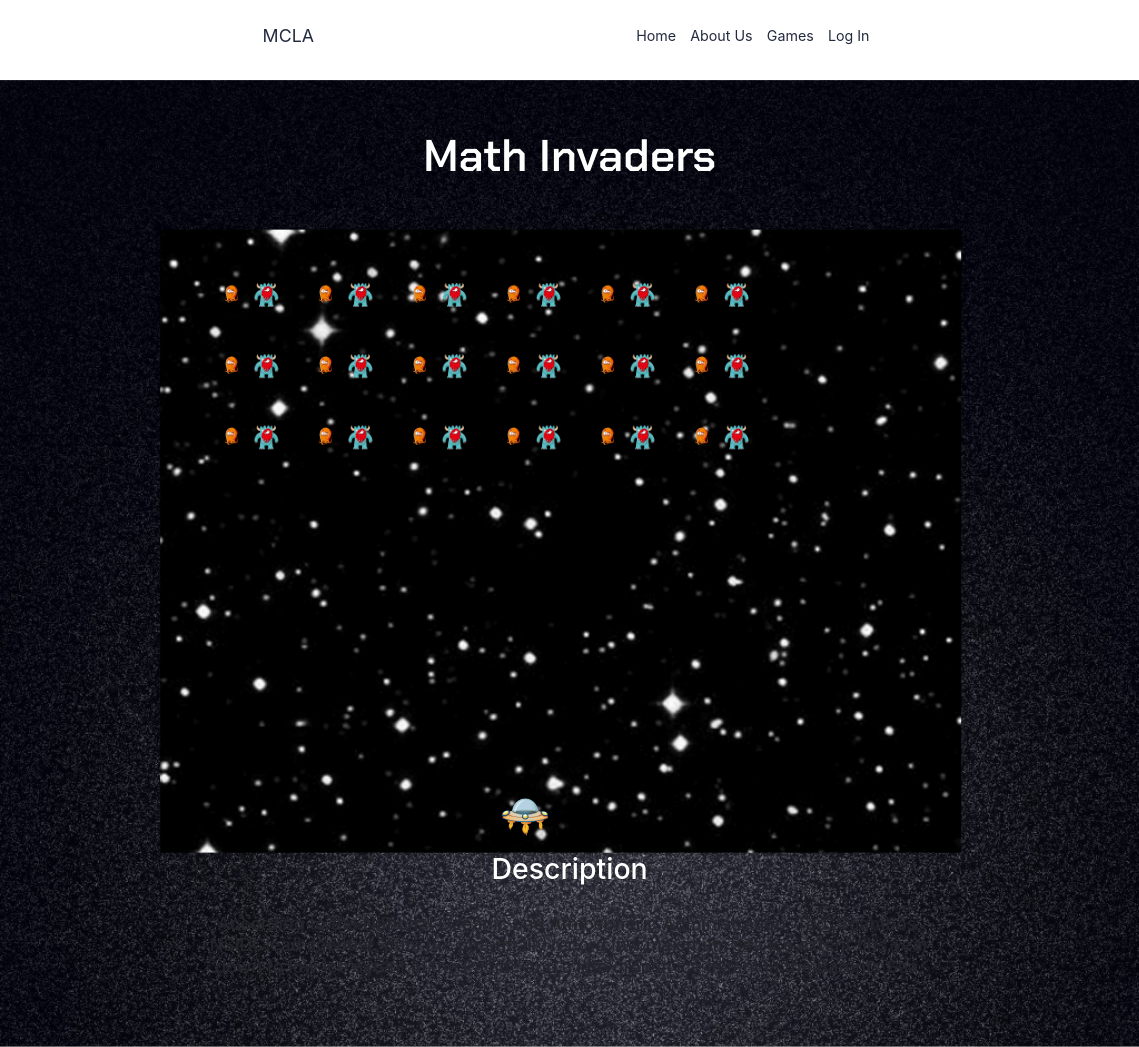
Repository: kkyler24/MathInvader
Page: index.html
An editor plug-in stored every save of this project. The page is shown before and after the next save, followed by the edit.
The browser window is 1280 px wide. The pictures show the whole page, at 89% of full size.
Some web libraries are served in a nearby version.

Above is the page before, as saved 2020-07-20 18:20:12.

After the next save:
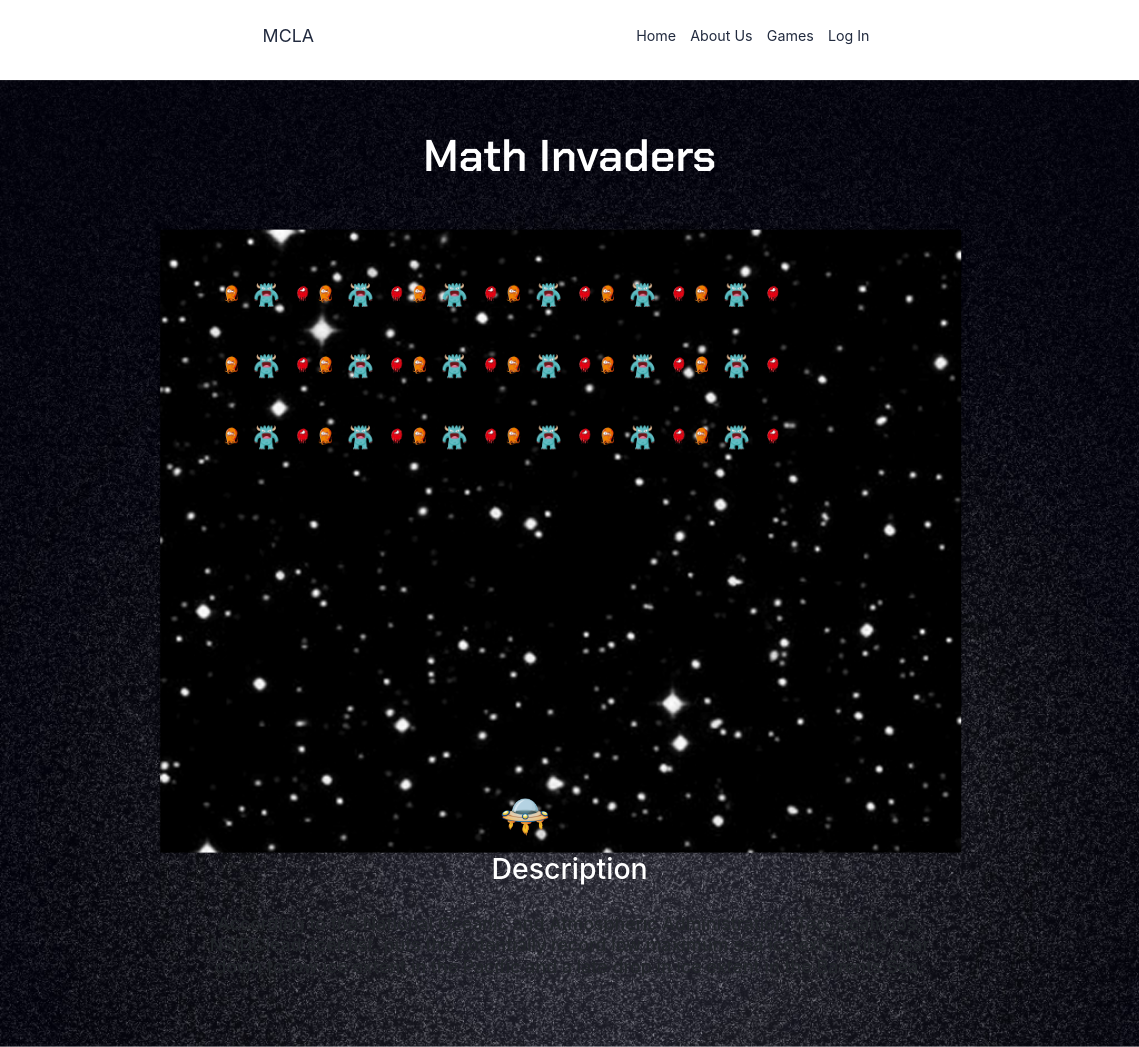
Saved 8 s later.
--- a/jsFolder/game.js
+++ b/jsFolder/game.js
@@ -224,7 +224,7 @@ function createEnemy($container, x, y) {
     $element3,
   };
   GAME_STATE.enemies.push(enemy);
-  setPosition($element3, x + 40, y);
+  setPosition($element3, x + 80, y);
   setPosition($element1, x + 40, y);
   setPosition($element2, x, y);
 }
